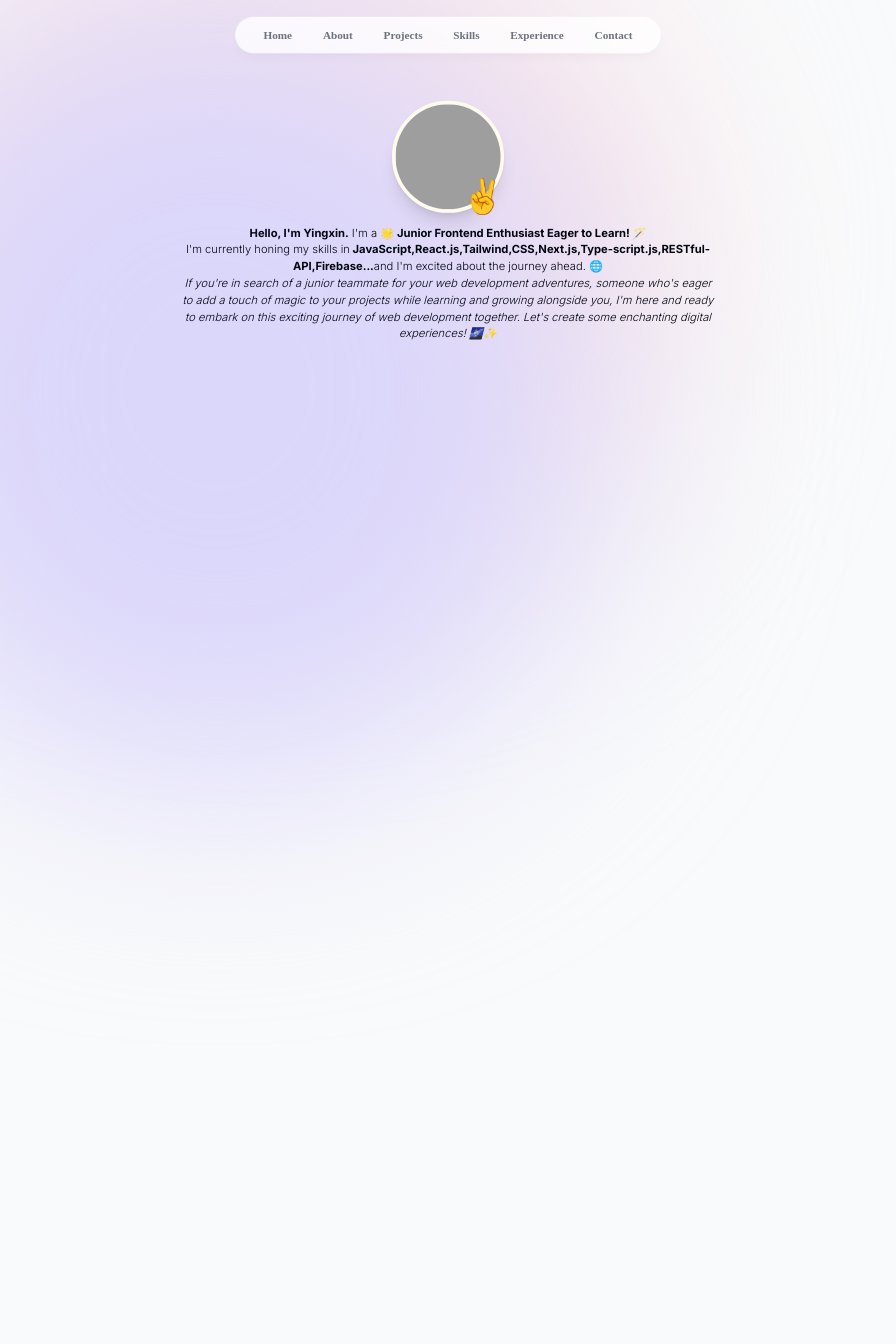
Repository: Tracy-maker/portfolio_website
Page: /
An editor plug-in stored every save of this project. The page is shown before and after the next save, followed by the edit.
The browser window is 1280 px wide. The pictures show the part of the page from y = 0 to 1920 px (the page is 5000 px tall), at 70% of full size.
Pictures or frames that could not be fetched are drawn as grey boxes. The project was rebuilt for these pictures with package versions that can differ from the ones it lists, and the page was loaded fresh each time. The framework's server and built-in components were replaced by stand-ins that run in the browser. Also part of the build but not shown: next.config.js.

Above is the page before, as saved 2023-10-02 18:56:04.

After the next save:
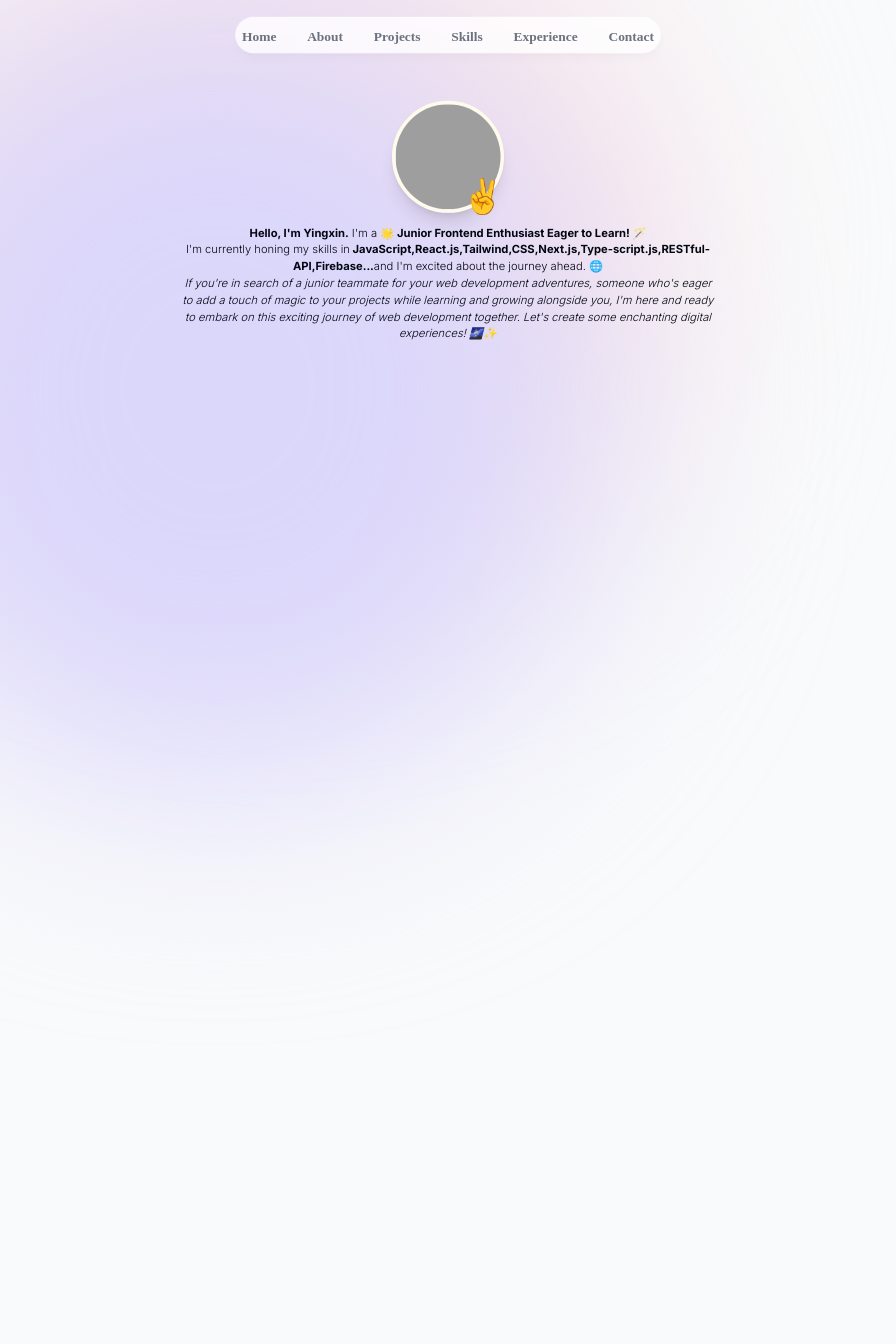
Saved 7 s later.
--- a/components/header.tsx
+++ b/components/header.tsx
@@ -16,7 +16,7 @@ export default function Header() {
       ></motion.div>
 
       <nav className="flex font-custom fixed top-[0.15rem] left-1/2 h-12 -translate-x-1/2 py-2 sm:top-[1.7rem] sm:h-[initial] sm:py-0">
-        <ul className="flex w-[22rem] flex-wrap items-center justify-center gap-y-1 text-[1rem] font-bold text-gray-500 sm:w-[initial] sm:flex-nowrap sm:gap-5">
+        <ul className="flex w-[22rem] flex-wrap items-center justify-center gap-y-1 text-[1.2rem] font-bold text-gray-500 sm:w-[initial] sm:flex-nowrap sm:gap-5">
           {links.map((link) => (
             <motion.li
               className="h-3/4 flex items-center justify-center relative"
